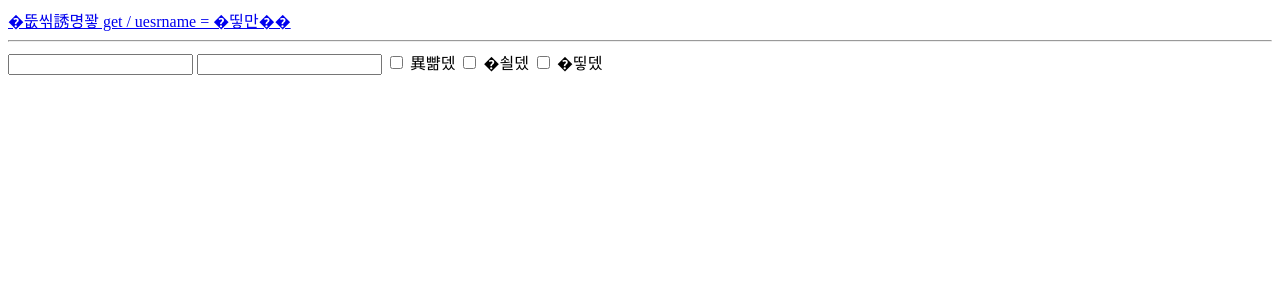
Repository: wo-ody/temptemp
Page: WebBasic/WebContent/ParameterTest.html
These files come from the project's save history. The page is drawn as it stood at one moment and after the next save; the edit follows.
The browser window is 1280 px wide. The pictures show the whole page.

Above is the page before, as saved 2023-09-14 06:36:22.

After the next save:
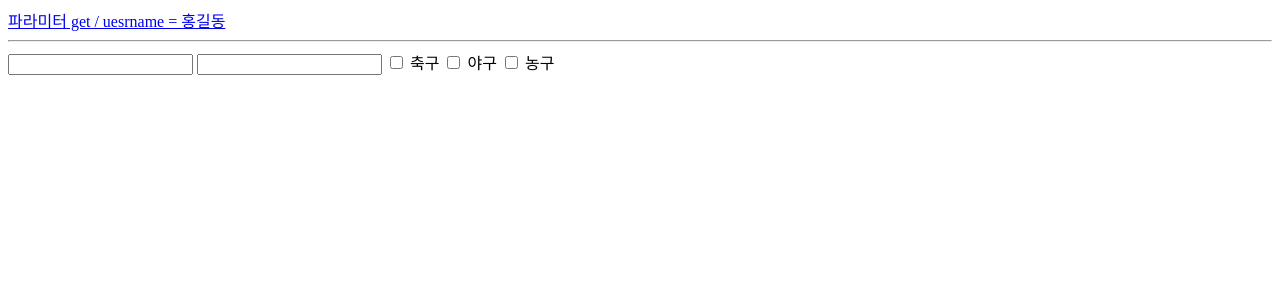
Saved 38 s later.
--- a/WebBasic/WebContent/ParameterTest.html
+++ b/WebBasic/WebContent/ParameterTest.html
@@ -1,7 +1,7 @@
 <!DOCTYPE html>
 <html>
 <head>
-<meta charset="EUC-KR">
+<meta charset="UTF-8">
 <title>Insert title here</title>
 </head>
 <body>
